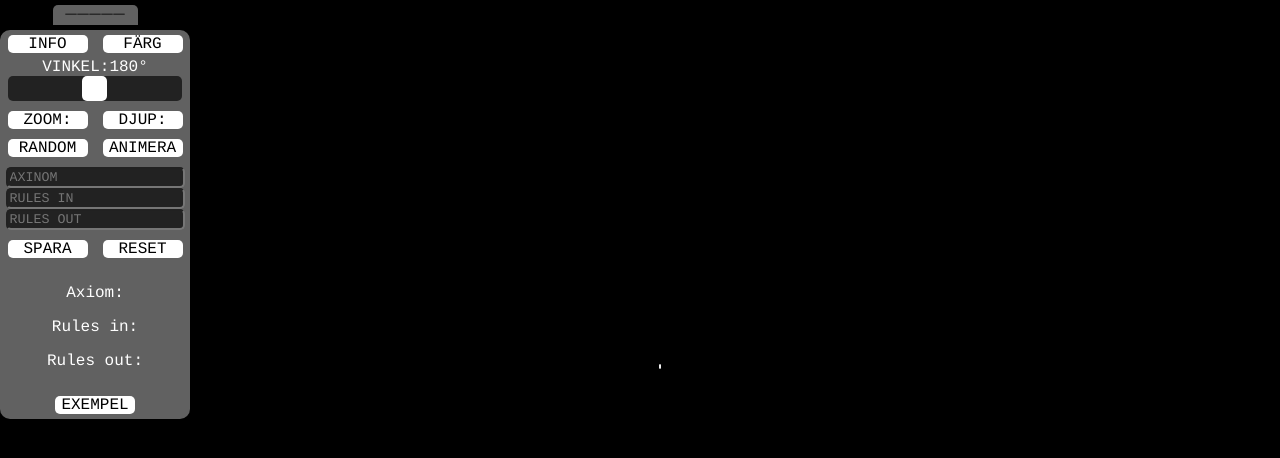
Repository: Gabrielw123/Fraktalgenerator
Page: fraktaler/test/index.html
An editor plug-in stored every save of this project. The page is shown before and after the next save, followed by the edit.
The browser window is 1280 px wide. The pictures show the whole page.
Some web libraries are served in a nearby version.

Above is the page before, as saved 2022-01-13 14:01:42.

### fraktaler/test/index.html
<!DOCTYPE html>
<html lang="en">
  <head>
    <meta charset="UTF-8" />
    <meta http-equiv="X-UA-Compatible" content="IE=edge" />
    <meta name="viewport" content="width=device-width, initial-scale=1.0" />
    <link rel="stylesheet" href="style.css" />
    <title>Fraktal Generator</title>
    <script src="https://cdn.jsdelivr.net/npm/p5@1.0.0/lib/p5.js"></script>
    <!--fading-->
    <script
      src="http://ajax.googleapis.com/ajax/libs/jquery/1.7.1/jquery.min.js"
      type="text/javascript"
    ></script>
  </head>
  <body>
    <!--Skapa en canvas-->
    <canvas id="canvas"></canvas>

    <div class="kontroller">
      <div
        style="background: black"
        onmousedown="return false"
        onselectstart="return false"
        class="grid-container1"
      >
        <div class="grid-item">
          <a class="knappgöm" id="gömknapp" onClick="action();">⏤⏤⏤⏤⏤</a>
        </div>
      </div>

      <div
        style="border-top-left-radius: 10px; border-top-right-radius: 10px"
        onmousedown="return false"
        onselectstart="return false"
        class="grid-container"
        id="göm1"
      >
        <div class="grid-item">
          <a class="knapp" id="infoknapp">INFO</a>
        </div>
        <div class="grid-item">
          <a class="knapp" id="colorknapp" onclick="color();">FÄRG</a>
        </div>
      </div>
      <!--slider vinkel-->
      <div class="slider-container" id="göm2">
        <a onmousedown="return false" onselectstart="return false"
          >VINKEL:<span id="vinkel-out"></span>&deg;</a
        >
        <input type="range" min="0" max="360" class="slider" id="vinkel" />
      </div>

      <div
        onmousedown="return false"
        onselectstart="return false"
        class="grid-container"
        id="göm3"
      >
        <div class="grid-item">
          <a class="knapp" id="längdknapp">ZOOM:<span id="segment_n"></span></a>
        </div>
        <div class="grid-item">
          <a class="knapp" id="djupknapp"
            >DJUP:<span id="generation-out"></span
          ></a>
        </div>

        <div class="grid-item">
          <a class="knapp" id="randomknapp" onclick="random();">RANDOM</a>
        </div>
        <div class="grid-item">
          <a class="knapp" id="animeraknapp" onclick="animera();">ANIMERA</a>
        </div>
      </div>

      <div class="grid-container1" id="göm4">
        <div class="grid-item">
          <input
            style="font-family: courier"
            class="input"
            type="text"
            placeholder="AXINOM"
            id="axiom"
          />
          <input
            style="font-family: courier"
            class="input"
            type="text"
            placeholder="RULES IN"
            id="rules1"
          />
          <input
            style="font-family: courier"
            class="input"
            type="text"
            placeholder="RULES OUT"
            id="rules2"
          />
        </div>
      </div>
      <div
        onmousedown="return false"
        onselectstart="return false"
        class="grid-container"
        id="göm5"
      >
        <div class="grid-item">
          <a class="knapp" id="btn">SPARA</a>
        </div>
        <div class="grid-item">
          <a class="knapp" id="resetknapp" onclick="reset();">RESET</a>
        </div>
      </div>
      <div
        style="
          border-bottom-left-radius: 10px;
          border-bottom-right-radius: 10px;
        "
        class="grid-container1"
        id="göm6"
      >
        <div class="grid-item">
          <p>Axiom:<span id="axiom-out"></span></p>
          <p>Rules in:<span id="rules1-out"></span></p>
          <p>Rules out:<span id="rules2-out"></span></p>
          <p></p>
        </div>
        <div class="grid-item">
          <a
            onmousedown="return false"
            onselectstart="return false"
            class="knapp"
            id="exempelknapp"
            onclick="example();"
            >EXEMPEL</a
          >
        </div>
      </div>

      <!--EXEMPEL-->

      <div
        style="border-radius: 10px"
        onmousedown="return false"
        onselectstart="return false"
        class="grid-container"
        id="göm7"
      >
        <div class="grid-item">
          <a class="knappex" id="Board">Board</a>
        </div>
        <div class="grid-item">
          <a class="knappex" id="Crystal">Crystal</a>
        </div>
        <div class="grid-item">
          <a class="knappex" id="Dragon Curve">Dragon Curve</a>
        </div>
        <div class="grid-item">
          <a class="knappex" id="Hexagonal Gosper">Hexagonal Gosper</a>
        </div>
        <div class="grid-item">
          <a class="knappex" id="Kochcurve">Koch curve</a>
        </div>
        <div class="grid-item">
          <a class="knappex" id="Krishna Anklets">Krishna Anklets</a>
        </div>
        <div class="grid-item">
          <a class="knappex" id="Lévy curve">Lévy curve</a>
        </div>
        <div class="grid-item">
          <a class="knappex" id="L-System Bushes 1">L-System Bushes 1</a>
        </div>
        <div class="grid-item">
          <a class="knappex" id="L-System Bushes 2">L-System Bushes 2</a>
        </div>
        <div class="grid-item">
          <a class="knappex" id="Peano Curve">Peano Curve</a>
        </div>
        <div class="grid-item">
          <a class="knappex" id="Quadratic Snowflake">Quadratic Snowflake </a>
        </div>
        <div class="grid-item">
          <a class="knappex" id="Rings">Rings</a>
        </div>
        <div class="grid-item">
          <a class="knappex" id="Sierpinski Arrowhead">Sierpinski Arrowhead</a>
        </div>
        <div class="grid-item">
          <a class="knappex" id="Sierpinskisquare">Sierpinski Square</a>
        </div>
        <div class="grid-item">
          <a class="knappex" id="Snowflake">Snowflake</a>
        </div>
        <div class="grid-item">
          <a class="knappex" id="Tiles">Tiles</a>
        </div>
        <div class="grid-item">
          <a class="knappex" id="Triangle">Triangle</a>
        </div>
        <div class="grid-item">
          <a class="knappex" id="Von Koch Snowflake">Von Koch Snowflake</a>
        </div>
      </div>
    </div>
    <!--Script-->
    <script src="bruh.js">
      example();
            fraktal.update();
    </script>
  </body>
</html>

### fraktaler/test/style.css
body {
  font-family: "courier", monospace;
  background-color: black;
  color: white;
  text-align: center;
}

.input {
  width: 90%;
  border-radius: 5px;
  color: black;
  background: #222222;
}
.input:hover {
  background: black;
  color: white;
}

.kontroller {
  width: 190px;
  height: 180px;
  margin: auto;
  position: fixed;
  top: 0%;
  left: 0%;
  right: 100%;
}
.grid-container {
  background: rgba(97, 97, 97, 1);
  display: grid;
  grid-template-columns: auto auto;
}

.grid-container1 {
  background: rgba(97, 97, 97, 1);
  display: grid;
  grid-template-columns: auto;
}
.grid-item {
  text-align: center;
  margin: auto;
  padding-top: 5px;
  padding-bottom: 5px;
}
.grid-item1 {
  text-align: center;
  margin: auto;
  padding-top: 5px;
  padding-bottom: 5px;
  width: 300px;
}
#axiom-out {
  text-align: left;
}
.slider-container {
  background: rgba(97, 97, 97, 1);
  display: grid;
  grid-template-columns: auto;
  width: 100%;
  margin: auto;
  padding-bottom: 5px;
}
.slider {
  -webkit-appearance: none;
  width: 92%;
  height: 25px;
  background: #222222;
  outline: none;
  margin: auto;
  -webkit-transition: 0.2s;
  transition: opacity 0.2s;
  border-radius: 5px;
}

.slider:hover {
  background: black;
  color: white;
}

.slider::-webkit-slider-thumb {
  -webkit-appearance: none;
  appearance: none;
  width: 25px;
  height: 25px;
  background: #ffffff;
  cursor: pointer;
  border-radius: 5px;
}

.slider::-moz-range-thumb {
  width: 25px;
  height: 25px;
  background: #04aa6d;
  cursor: pointer;
}

a.knapp {
  display: block;
  background: white;
  color: black;
  width: 80px;
  cursor: pointer;
  border-radius: 5px;
}
a.knapp:hover {
  background: black;
  border-radius: 5px;
  color: white;
}

#canvas {
  position: fixed;
  top: 0px;
  left: 0px;
  z-index: -1;
}

a.knappon {
  display: block;
  width: 80px;
  background: black;
  color: white;
  cursor: pointer;
  border-radius: 5px;
}
a.knappex {
  background: white;
  color: black;
  text-align: center;
  cursor: pointer;
  font-size: 13px;
  width: 85px;
  height: 35px;
  display: table-cell;
  vertical-align: middle;
  border-radius: 5px;
}
a.knappex:hover {
  background: black;
  border-radius: 5px;
  color: white;
}
.span {
  width: 500px;
}
.knappgöm {
  display: block;
  background: rgba(97, 97, 97, 1);
  color: black;
  width: 85px;
  height: 20px;
  cursor: pointer;
  font-size: 15px;
  border-top-left-radius: 5px;
  border-top-right-radius: 5px;
}
a.knappgöm:hover {
  background: white;

  color: black;
  border-top-left-radius: 5px;
  border-top-right-radius: 5px;
}

### fraktaler/test/bruh.js
/*

Den här fraktal generatorn använder sig av Lindenmayer systemet (https://en.wikipedia.org/wiki/L-system)

Källor för lite info
https://codesandbox.io/s/fraktal-generator-forked-g76j8?file=/sketch.js
https://en.wikipedia.org/wiki/L-system#Types_of_L-systems
http://paulbourke.net/fractals/lsys/
https://www.sidefx.com/docs/houdini/nodes/sop/lsystem.html
http://www1.biologie.uni-hamburg.de/b-online/e28_3/lsys.html
https://www.kevs3d.co.uk/dev/lsystems/
https://piratefsh.github.io/p5js-art/public/lsystems/


!desierd angle
*/

//INFO button
fetch("README.txt")
  .then((response) => response.text())
  .then((text) => console.log(text));

var info = document.getElementById("infoknapp");
info.onclick = function () {
  confirm("to");
};

//hur snabbt den animerar
var animatespeed = 100;

//lite variablar
let genButton;
let resButton;
let guiText;
color_n = 0;
let generation = 0;
let maxGeneration = 5;
let length;
let angle;
//första load
let axiom = "F+F+F+F";
let rules = [
  {
    in: "F",
    out: "F+F-F-FF+F+F-F",
  },
];

//save button för egna input på fraktaler
const btn = document.getElementById("btn");

btn.addEventListener("click", function () {
  var axiom2 = document.getElementById("axiom").value;
  var rules1 = document.getElementById("rules1").value;
  var rules2 = document.getElementById("rules2").value;
  confirm(
    "Axiom: " + axiom2 + "\nRules in: " + rules1 + "\nRules out: " + rules2
  );
  axiom = axiom2;
  rules = [
    {
      in: rules1,
      out: rules2,
    },
  ];
});

//animera ikonen på hemsidan
var favicon_images = [
    "bilderhem/tmp-0.gif",
    "bilderhem/tmp-1.gif",
    "bilderhem/tmp-2.gif",
    "bilderhem/tmp-3.gif",
    "bilderhem/tmp-4.gif",
    "bilderhem/tmp-5.gif",
  ],
  image_counter = 0;

setInterval(function () {
  if (document.querySelector("link[rel='icon']") !== null)
    document.querySelector("link[rel='icon']").remove();
  if (document.querySelector("link[rel='shortcut icon']") !== null)
    document.querySelector("link[rel='shortcut icon']").remove();
  document
    .querySelector("head")
    .insertAdjacentHTML(
      "beforeend",
      '<link rel="icon" href="' +
        favicon_images[image_counter] +
        '" type="image/gif">'
    );
  if (image_counter == favicon_images.length - 1) image_counter = 0;
  else image_counter++;
}, 200);

//göm UI
var hidden = false;
function action() {
  hidden = !hidden;
  if (hidden) {
    document.getElementById("göm1").style.visibility = "hidden";
    document.getElementById("göm2").style.visibility = "hidden";
    document.getElementById("göm3").style.visibility = "hidden";
    document.getElementById("göm4").style.visibility = "hidden";
    document.getElementById("göm5").style.visibility = "hidden";
    document.getElementById("göm6").style.visibility = "hidden";
    if (document.getElementById("göm7").style.visibility === "visible") {
      document.getElementById("göm7").style.visibility = "hidden";
    }
  } else {
    document.getElementById("göm1").style.visibility = "visible";
    document.getElementById("göm2").style.visibility = "visible";
    document.getElementById("göm3").style.visibility = "visible";
    document.getElementById("göm4").style.visibility = "visible";
    document.getElementById("göm5").style.visibility = "visible";
    document.getElementById("göm6").style.visibility = "visible";
    document.getElementById("göm7").style.visibility = "visible";
  }
}
//göm från början
document.getElementById("göm7").style.visibility = "hidden";
var hidden1 = true;
function example() {
  hidden1 = !hidden1;
  if (hidden1) {
    document.getElementById("göm7").style.visibility = "hidden";
  } else {
    document.getElementById("göm7").style.visibility = "visible";
  }
}

let sentence = axiom;

//start funktion
function setup() {
  createCanvas(windowWidth - 40, windowHeight - 25);
  angle = radians(vinkel.value);
  length = segment_n * 3;
  turtle();
  drawGUI();
}

//color problem
var r = 255,
  g = 0,
  b = 0;

setInterval(function () {
  if (r > 0 && b == 0) {
    r--;
    g++;
  }
  if (g > 0 && r == 0) {
    g--;
    b++;
  }
  if (b > 0 && g == 0) {
    r++;
    b--;
  }
  $("#color").text("rgb(" + r + "," + g + "," + b + ")");
  $("#color").css("color", "rgb(" + r + "," + g + "," + b + ")");
  turtle();
  console.log("df");
}, 10);

function generate() {
  length = segment_n * 3;

  let nextSentence = "";

  for (let i = 0; i < sentence.length; i++) {
    let found = false;
    let currentChar = sentence.charAt(i);

    for (let j = 0; j < rules.length; j++) {
      if (currentChar === rules[j].in) {
        found = true;
        nextSentence += rules[j].out;
        break;
      }
    }
    if (!found) {
      nextSentence += currentChar;
    }
  }
  sentence = nextSentence;
  turtle();
}
function turtle() {
  resetMatrix();
  background(0);
  //color
  if (color_n === 0) {
    stroke(255); //white
  }
  if (color_n === 1) {
    stroke(0, 0, 255); //blue
  }
  if (color_n === 2) {
    stroke(0, 128, 0); //green
  }
  if (color_n === 3) {
    stroke(255, 0, 0); //red
  }
  if (color_n === 4) {
    stroke(255, 165, 0); //orange
  }
  if (color_n === 5) {
    stroke(r, g, b); //rgb flera färger
  }
  translate(window.innerWidth / 2, window.innerHeight / 2);

  for (let i = 0; i <= sentence.length; i++) {
    let currentChar = sentence.charAt(i);

    if (currentChar === "F") {
      line(0, 0, 0, -length);
      translate(0, -length);
    } else if (currentChar === "+") {
      rotate(angle);
    } else if (currentChar === "-") {
      rotate(-angle);
    } else if (currentChar === "[") {
      push();
    } else if (currentChar === "]") {
      pop();
    }
  }
}

var djupknapp = document.getElementById("djupknapp");
djupknapp.onclick = function () {
  if (generation < maxGeneration) {
    generate();
  }
  generation++;
  if (generation > 5) {
    generation = 1;
    sentence = axiom;
    generate();
  }
  var generationout = document.getElementById("generation-out");
  generationout.innerHTML = generation;
  var axiomout = document.getElementById("axiom-out");
  axiomout.innerHTML = axiom;
  var rules1out = document.getElementById("rules1-out");
  rules1out.innerHTML = rules[0].in;
  var rules2out = document.getElementById("rules2-out");
  rules2out.innerHTML = rules[0].out;
};

//skriver ut värden och saker på skärmer för användaren
function drawGUI() {
  genButton = createButton("DJUP");
  genButton.size(85, 20);
  genButton.position(-200, 260);
  genButton.mousePressed(function () {
    if (generation < maxGeneration) {
      generate();
    }
    generation++;
    if (generation > 5) {
      generation = 1;
      sentence = axiom;
      generate();
    }
    var generationout = document.getElementById("generation-out");
    generationout.innerHTML = generation;
    var axiomout = document.getElementById("axiom-out");
    axiomout.innerHTML = axiom;
    var rules1out = document.getElementById("rules1-out");
    rules1out.innerHTML = rules[0].in;
    var rules2out = document.getElementById("rules2-out");
    rules2out.innerHTML = rules[0].out;
  });
}

//!Exemepel knappar

//Andra rad
animera_n = 0;

var c1 = 0;
var t;
var timer_is_on = 0;

//Random funktion
function getRandomInt(min, max) {
  min = Math.ceil(min);
  max = Math.floor(max);
  return Math.floor(Math.random() * (max - min) + min); //The maximum is exclusive and the minimum is inclusive
}

var fraktal = (function () {
  //js funktion
  const c = document.getElementById("canvas");
  var ctx = c.getContext("2d");

  //får bredden och höjden av hemsidan du har på din enhet
  c.width = window.innerWidth;
  c.height = window.innerHeight;
  ctx.strokeStyle = "black";
  ctx.lineWidth = 2;

  //!SLIDERS
  var vinkel = document.getElementById("vinkel");
  var vinkelout = document.getElementById("vinkel-out");
  vinkelout.innerHTML = vinkel.value;

  //gör saker med vinkel
  vinkel.oninput = function () {
    vinkelout.innerHTML = this.value;
    update();
  };

  //SEGMENT
  var segment = document.getElementById("längdknapp");
  segment.onclick = function () {
    segment_n++;
    if (segment_n === 6) {
      segment_n = 1;
    }
    document.getElementById("segment_n").innerHTML = segment_n;
    update();
  };
  //!RESET
  var reset = document.getElementById("resetknapp");
  reset.onclick = function () {
    sentence = axiom;
    turtle();
    vinkel.value = 90;
    segment_n = 3;
    generation = 5;
    axiom = "F+F+F+F";
    rules = [
      {
        in: "F",
        out: "F+F-F-FF+F+F-F",
      },
    ];
    //stönga av animera
    clearTimeout(t);
    animera.className = "knapp";
    c1 = 0;
    animera_n = 0;
    //update this
    update();
  };

  //!RANDOM
  var random = document.getElementById("randomknapp");
  random.onclick = function () {
    vinkel.value = getRandomInt(0, 361);
    vinkelout.innerHTML = vinkel.value;
    update();
  };

  //!ANIMERA

  var animera = document.getElementById("animeraknapp");
  animera.onclick = function () {
    animera_n++;
    if (animera_n === 1) {
      timedCount();
      animera.className = "knappon";
    }
    if (animera_n === 2) {
      clearTimeout(t);
      animera.className = "knapp";
      c1 = 0;
      animera_n = 0;
    }
  };
  //!COLOR

  var color = document.getElementById("colorknapp");
  color.onclick = function () {
    color_n++;
    if (color_n === 6) {
      color_n = 0;
    }
    update();
  };

  timedCount = function () {
    var v = parseInt(vinkel.value);
    v = v + 1;

    if (v === 361) {
      v = 0;
    }
    //updatera UI
    vinkel.value = v;
    vinkelout.innerHTML = vinkel.value;
    //vänta
    t = setTimeout(timedCount, animatespeed);
    update();
  };

  //!Uppdatera allt/////////////////////////////
  var update = function () {
    //skriver ut de nya väderna
    setup();
    //Updaterar sliders och bilder/knappar
    vinkelout.innerHTML = vinkel.value;
    document.getElementById("segment_n").innerHTML = segment_n;
    var generationout = document.getElementById("generation-out");
    generationout.innerHTML = generation;

    var axiomout = document.getElementById("axiom-out");
    axiomout.innerHTML = axiom;
    var rules1out = document.getElementById("rules1-out");
    rules1out.innerHTML = rules[0].in;
    var rules2out = document.getElementById("rules2-out");
    rules2out.innerHTML = rules[0].out;
    //sparar hashen för hemsidan
    save();
  };

  //!SAVE OCH LOAD
  var save = function () {
    var ruleid =
      "#" +
      vinkel.value +
      "," +
      segment_n +
      "," +
      generation +
      "," +
      axiom +
      "," +
      rules[0].in +
      "," +
      rules[0].out;
    window.location = String(window.location).replace(/\#.*$/, "") + ruleid;
  };

  var load = function () {
    let d = window.location.toString();
    if (d.includes("#")) {
      const myArr = d.split("#");

      const test = myArr[1].split(",");
      //Sliders
      vinkel.value = test[0];
      //Knappar
      segment_n = test[1];
      generation = test[2];
      if (
        vinkel.value == undefined ||
        segment_n === undefined ||
        generation === undefined
      ) {
        //Sliders
        vinkel.value = 180;
        //Knappar
        segment_n = 1;
        generation = 1;
      }
    } else {
      //Sliders
      vinkel.value = 180;
      //Knappar
      segment_n = 1;
      //Knappar
      generation = 1;
    }
    save();
  };
  //!START
  load();

  //!EXEMPEL
  //Exemplerna är ifrån http://paulbourke.net/fractals/lsys/
  //save button för egna input på fraktaler
  const Kochcurve = document.getElementById("Kochcurve");
  Kochcurve.addEventListener("click", function () {
    axiom = "F+F+F+F";
    rules = [
      {
        in: "F",
        out: "F+F-F-FF+F+F-F",
      },
    ];
    vinkel.value = 90;
    segment_n = 3;
    generation = 5;
    update();
  });

  const Sierpinskisquare = document.getElementById("Sierpinskisquare");
  Sierpinskisquare.addEventListener("click", function () {
    axiom = "F+XF+F+XF";
    rules = [
      {
        in: "X",
        out: "XF-F+F-XF+F+XF-F+F-X",
      },
    ];
    vinkel.value = 90;
    segment_n = 3;
    generation = 5;
    update();
  });

  const LSystemBushes1 = document.getElementById("L-System Bushes 1");
  LSystemBushes1.addEventListener("click", function () {
    axiom = "F";
    rules = [
      {
        in: "F",
        out: "FF+[+F-F-F]-[-F+F+F]",
      },
    ];
    vinkel.value = 22.5;
    segment_n = 1;
    generation = 5;
    update();
  });

  const LSystemBushes2 = document.getElementById("L-System Bushes 2");
  LSystemBushes2.addEventListener("click", function () {
    axiom = "F";
    rules = [
      {
        in: "F",
        out: "F[+FF][-FF]F[-F][+F]F",
      },
    ];
    vinkel.value = 35;
    segment_n = 1;
    generation = 5;
    update();
  });

  const Board = document.getElementById("Board");
  Board.addEventListener("click", function () {
    axiom = "F+F+F+F";
    rules = [
      {
        in: "F",
        out: "FF+F+F+F+FF",
      },
    ];
    vinkel.value = 90;
    segment_n = 1;
    generation = 5;
    update();
  });

  const Triangle = document.getElementById("Triangle");
  Triangle.addEventListener("click", function () {
    axiom = "F+F+F";
    rules = [
      {
        in: "F",
        out: "F-F+F",
      },
    ];
    vinkel.value = 120;
    segment_n = 1;
    generation = 5;
    update();
  });
  const Crystal = document.getElementById("Crystal");
  Crystal.addEventListener("click", function () {
    axiom = "F+F+F+F";
    rules = [
      {
        in: "F",
        out: "FF+F++F+F",
      },
    ];
    vinkel.value = 90;
    segment_n = 1;
    generation = 5;
    update();
  });
  const VonKochSnowflake = document.getElementById("Von Koch Snowflake");
  VonKochSnowflake.addEventListener("click", function () {
    axiom = "F++F++F";
    rules = [
      {
        in: "F",
        out: "F-F++F-F",
      },
    ];
    vinkel.value = 60;
    segment_n = 1;
    generation = 5;
    update();
  });
  const Tiles = document.getElementById("Tiles");
  Tiles.addEventListener("click", function () {
    axiom = "F+F+F+F";
    rules = [
      {
        in: "F",
        out: "FF+F-F+F+FF",
      },
    ];
    vinkel.value = 90;
    segment_n = 1;
    generation = 5;
    update();
  });

  const Rings = document.getElementById("Rings");
  Rings.addEventListener("click", function () {
    axiom = "F+F+F+F";
    rules = [
      {
        in: "F",
        out: "FF+F+F+F+F+F-F",
      },
    ];
    vinkel.value = 90;
    segment_n = 1;
    generation = 5;
    update();
  });
  const Lévycurve = document.getElementById("Lévy curve");
  Lévycurve.addEventListener("click", function () {
    axiom = "F";
    rules = [
      {
        in: "F",
        out: "+F--F+",
      },
    ];
    vinkel.value = 45;
    segment_n = 1;
    generation = 5;
    update();
  });
  const HexagonalGosper = document.getElementById("Hexagonal Gosper");
  HexagonalGosper.addEventListener("click", function () {
    axiom = "XF";
    rules = [
      {
        in: "X",
        out: "X+YF++YF-FX--FXFX-YF+",
      },
      {
        in: "Y",
        out: "-FX+YFYF++YF+FX--FX-Y",
      },
    ];
    vinkel.value = 60;
    segment_n = 1;
    generation = 5;
    update();
  });
  const DragonCurve = document.getElementById("Dragon Curve");
  DragonCurve.addEventListener("click", function () {
    axiom = "FX";
    rules = [
      {
        in: "X",
        out: "X+YF+",
      },
      {
        in: "Y",
        out: "-FX-Y",
      },
    ];
    vinkel.value = 90;
    segment_n = 1;
    generation = 5;
    update();
  });
  const SierpinskiArrowhead = document.getElementById("Sierpinski Arrowhead");
  SierpinskiArrowhead.addEventListener("click", function () {
    axiom = "YF";
    rules = [
      {
        in: "X",
        out: "YF+XF+Y",
      },
      {
        in: "Y",
        out: "XF-YF-X",
      },
    ];
    vinkel.value = 60;
    segment_n = 1;
    generation = 5;
    update();
  });
  const QuadraticSnowflake = document.getElementById("Quadratic Snowflake");
  QuadraticSnowflake.addEventListener("click", function () {
    axiom = "F";
    rules = [
      {
        in: "F",
        out: "F-F+F+F-F",
      },
    ];
    vinkel.value = 90;
    segment_n = 1;
    generation = 5;
    update();
  });
  const PeanoCurve = document.getElementById("Peano Curve");
  PeanoCurve.addEventListener("click", function () {
    axiom = "X";
    rules = [
      {
        in: "X",
        out: "XFYFX+F+YFXFY-F-XFYFX",
      },
      {
        in: "Y",
        out: "YFXFY-F-XFYFX+F+YFXFY",
      },
    ];
    vinkel.value = 90;
    segment_n = 1;
    generation = 5;
    update();
  });
  const snowflake = document.getElementById("Snowflake");
  snowflake.addEventListener("click", function () {
    axiom = "F-F-F-F-F";
    rules = [
      {
        in: "F",
        out: "F-F++F+F-F-F",
      },
    ];
    vinkel.value = 72;
    segment_n = 1;
    generation = 5;
    update();
  });
  const KrishnaAnklets = document.getElementById("Krishna Anklets");
  KrishnaAnklets.addEventListener("click", function () {
    axiom = "-X--X";
    rules = [
      {
        in: "X",
        out: "XFX--XFX",
      },
    ];
    vinkel.value = 45;
    segment_n = 1;
    generation = 5;
    update();
  });
})();

After the next save:
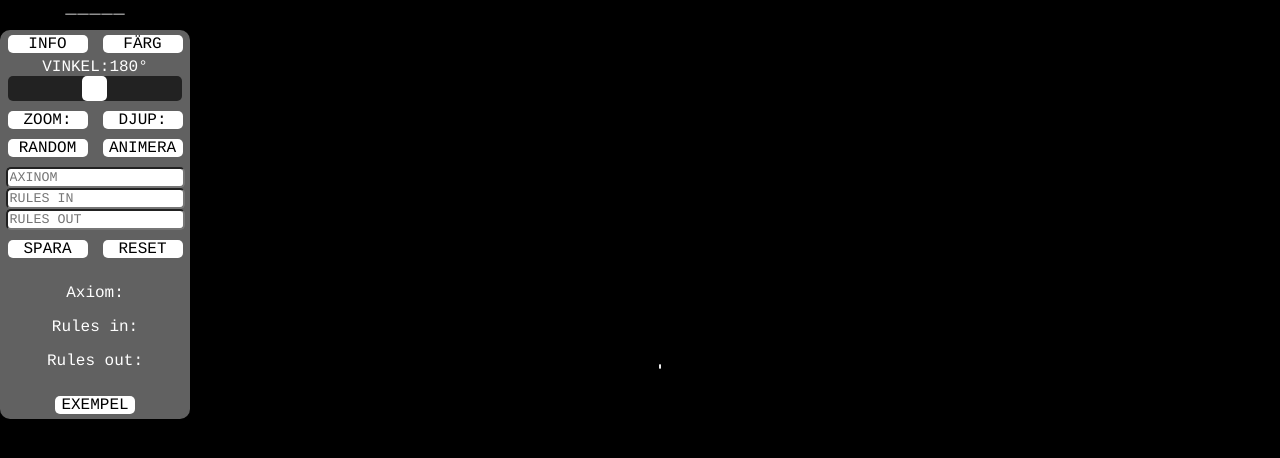
Saved 45 s later.
--- a/fraktaler/test/style.css
+++ b/fraktaler/test/style.css
@@ -9,7 +9,7 @@ body {
   width: 90%;
   border-radius: 5px;
   color: black;
-  background: #222222;
+  background: white;
 }
 .input:hover {
   background: black;
@@ -145,19 +145,16 @@ a.knappex:hover {
 }
 .knappgöm {
   display: block;
-  background: rgba(97, 97, 97, 1);
-  color: black;
+  background: black;
+  color: white;
   width: 85px;
   height: 20px;
   cursor: pointer;
   font-size: 15px;
-  border-top-left-radius: 5px;
-  border-top-right-radius: 5px;
+  border-radius: 5px;
 }
 a.knappgöm:hover {
   background: white;
-
+  border-radius: 5px;
   color: black;
-  border-top-left-radius: 5px;
-  border-top-right-radius: 5px;
 }
